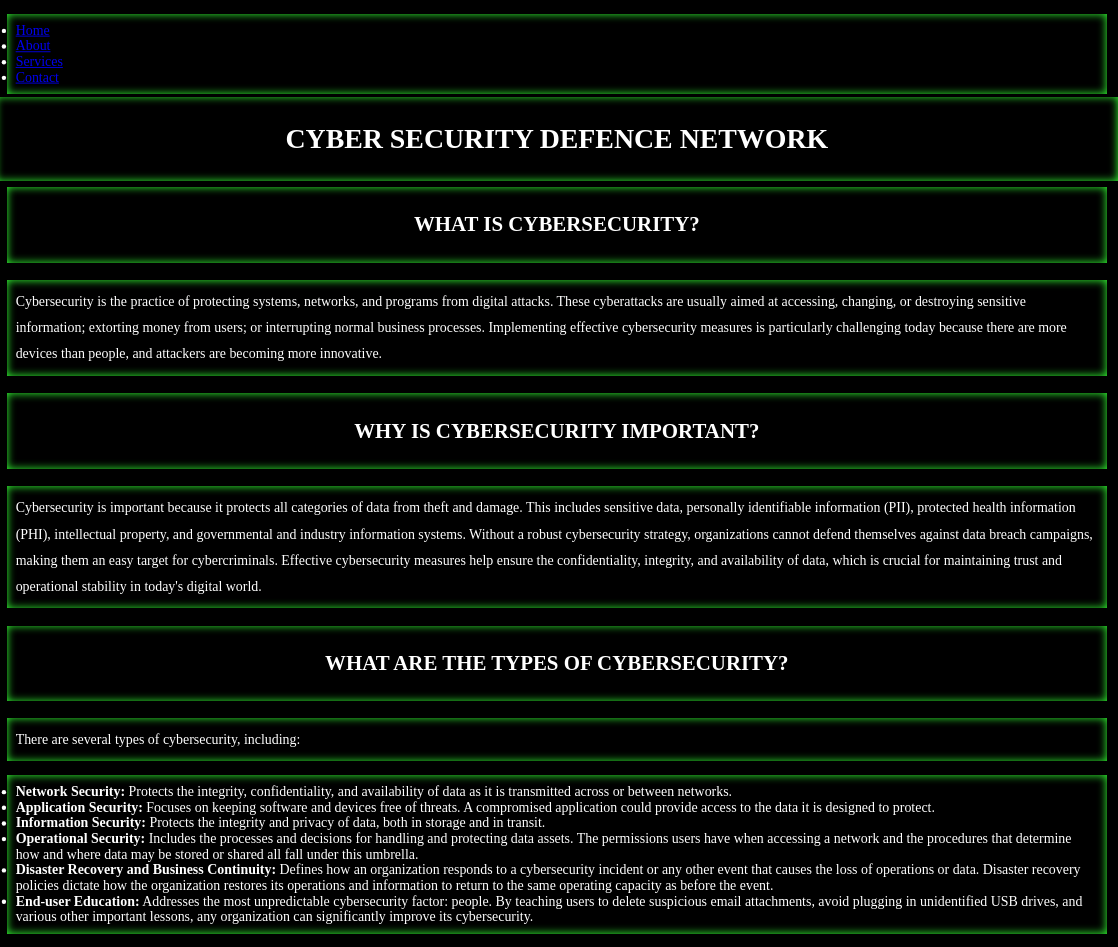
Repository: newworldhost/nwh
Page: index.html
The author's editor kept a copy of each file at every save. The page is drawn from the files as they stood at one save, then again after the next save.
The browser window is 1280 px wide. The page is 1285 px wide, so the pictures cover 1285 px, including what lies to the right of the window. The pictures show the whole page, at 87% of full size.

Above is the page before, as saved 2025-03-04 15:48:36.

### index.html
<!DOCTYPE html>
<html lang="en">
<head>
    <meta charset="UTF-8">
    <meta name="viewport" content="width=device-width, initial-scale=1.0">
    <meta name="author" content="cyber security defence network">
    <meta name="description" content="cyber security defence network">
    <meta name="keywords" content="cyber security defence network">
    <link rel="stylesheet" href="style.css">
    <title>cyber security defence network</title>
</head>
<body>
    <header>
        <nav>
            <ul>
                <li><a href="index.html">Home</a></li>
                <li><a href="about.html">About</a></li>
                <li><a href="services.html">Services</a></li>
                <li><a href="contact.html">Contact</a></li>
            </ul>
        </nav>
    <h1>cyber security defence network</h1>

    <h2>What is cybersecurity?</h2>
    <p>Cybersecurity is the practice of protecting systems, networks, and programs from digital attacks. These cyberattacks are usually aimed at accessing, changing, or destroying sensitive information; extorting money from users; or interrupting normal business processes. Implementing effective cybersecurity measures is particularly challenging today because there are more devices than people, and attackers are becoming more innovative.</p>
    <h2>Why is cybersecurity important?</h2>
    <p>Cybersecurity is important because it protects all categories of data from theft and damage. This includes sensitive data, personally identifiable information (PII), protected health information (PHI), intellectual property, and governmental and industry information systems. Without a robust cybersecurity strategy, organizations cannot defend themselves against data breach campaigns, making them an easy target for cybercriminals. Effective cybersecurity measures help ensure the confidentiality, integrity, and availability of data, which is crucial for maintaining trust and operational stability in today's digital world.</p>
    <h2>What are the types of cybersecurity?</h2>
    <p>There are several types of cybersecurity, including:</p>
    <ul>
        <li><strong>Network Security:</strong> Protects the integrity, confidentiality, and availability of data as it is transmitted across or between networks.</li>
        <li><strong>Application Security:</strong> Focuses on keeping software and devices free of threats. A compromised application could provide access to the data it is designed to protect.</li>
        <li><strong>Information Security:</strong> Protects the integrity and privacy of data, both in storage and in transit.</li>
        <li><strong>Operational Security:</strong> Includes the processes and decisions for handling and protecting data assets. The permissions users have when accessing a network and the procedures that determine how and where data may be stored or shared all fall under this umbrella.</li>
        <li><strong>Disaster Recovery and Business Continuity:</strong> Defines how an organization responds to a cybersecurity incident or any other event that causes the loss of operations or data. Disaster recovery policies dictate how the organization restores its operations and information to return to the same operating capacity as before the event.</li>
        <li><strong>End-user Education:</strong> Addresses the most unpredictable cybersecurity factor: people. By teaching users to delete suspicious email attachments, avoid plugging in unidentified USB drives, and various other important lessons, any organization can significantly improve its cybersecurity.</li>
    </ul>
</body>
</html>

### style.css
h1 {
    text-align: center;
    background-color: black;
    color:white;
    padding:30px;
    text-transform: uppercase;
    box-shadow: inset 0 0 10px #33ff33;
    margin:-13px;
}
h2 {
    text-align: center;
    background-color: black;
    color:white;
    padding:30px;
    text-transform: uppercase;
    box-shadow: inset 0 0 10px #33ff33;
}
p {
    background-color:black;
    color:white;
    padding:10px;
    box-shadow: inset 0 0 10px #33ff33;
    line-height: 30px;
    list-style-type: none;
}
body {
    background-color:black;
}
ul {
    background-color:black;
    color:white;
    padding:10px;
    box-shadow: inset 0 0 10px #33ff33;
}

After the next save:
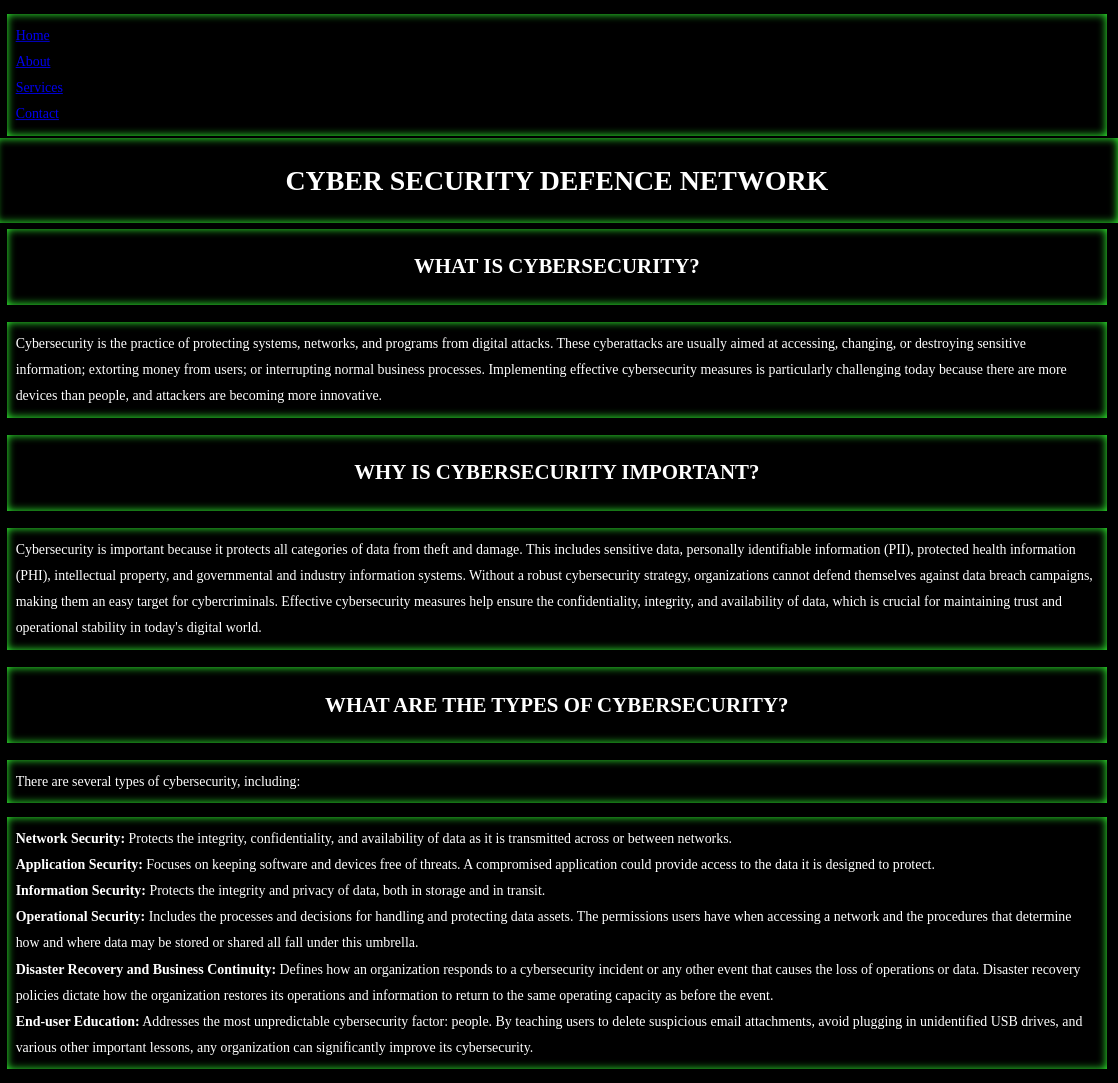
Saved 9 s later.
--- a/style.css
+++ b/style.css
@@ -31,4 +31,6 @@ ul {
     color:white;
     padding:10px;
     box-shadow: inset 0 0 10px #33ff33;
+    line-height: 30px;
+    list-style-type: none;
 }
